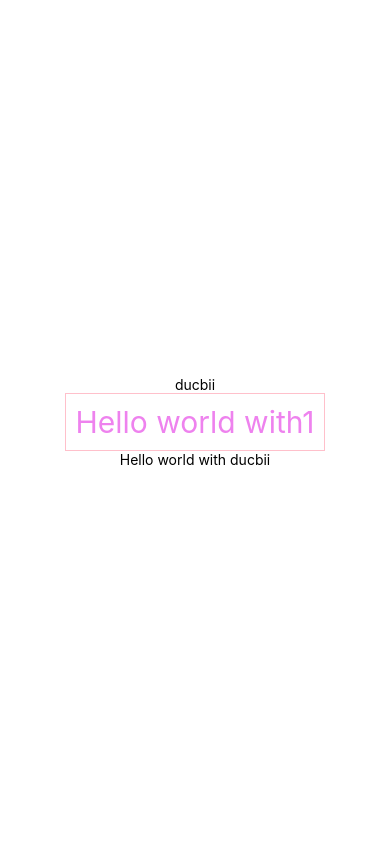
Repository: Ducbii4202/React-Native
Screen: /review-detail
The author's editor kept a copy of each file at every save. The screen is drawn from the files as they stood at one save, then again after the next save.
The app was drawn by React Native's web renderer in a window 390 px wide. The project was rebuilt for these pictures with package versions that can differ from the ones it lists, and the page was loaded fresh each time.

Above is the screen before, as saved 2024-09-12 16:26:05.

After the next save:
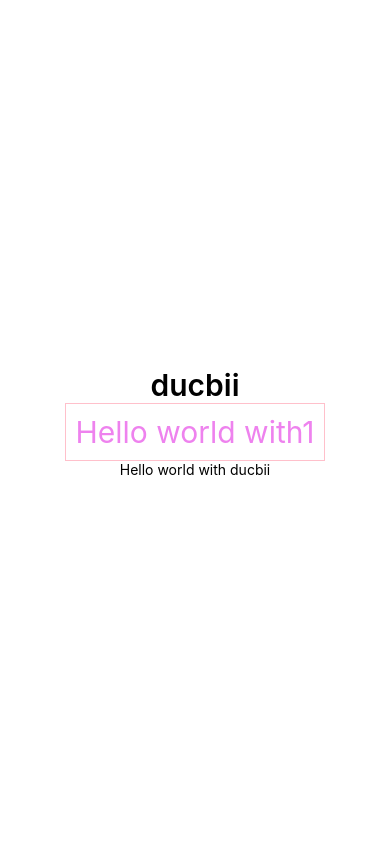
Saved 101 s later.
--- a/App.tsx
+++ b/App.tsx
@@ -5,7 +5,7 @@ export default function App() {
   return (
     <View style={styles.container}>
       <View>
-        <Text>ducbii</Text>
+        <Text style={styles.header}>ducbii</Text>
       </View>
       <Text style={styles.hello1}>Hello world with1</Text>
       <Text>Hello world with ducbii</Text>
@@ -26,5 +26,9 @@ const styles = StyleSheet.create({
     borderWidth: 1,
     fontSize: 30,
     padding:10,
+  },
+  header: {
+    fontSize: 30,
+    fontWeight:600,
   }
 });
